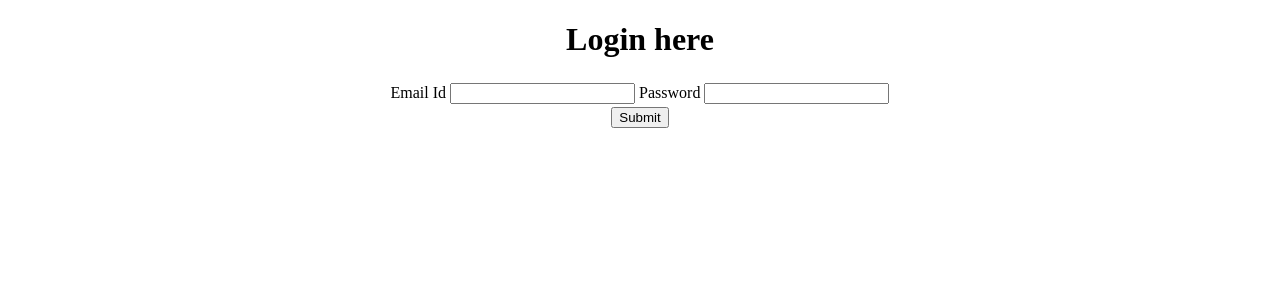
Repository: pawankas/Java_Mini_Project
Page: http://localhost/AirReservation/Login
The author's editor kept a copy of each file at every save. The page is drawn from the files as they stood at one save, then again after the next save.
The browser window is 1280 px wide. The pictures show the whole page.
The page is served by Tomcat 9.

Above is the page before, as saved 2022-03-14 03:16:16.

After the next save:
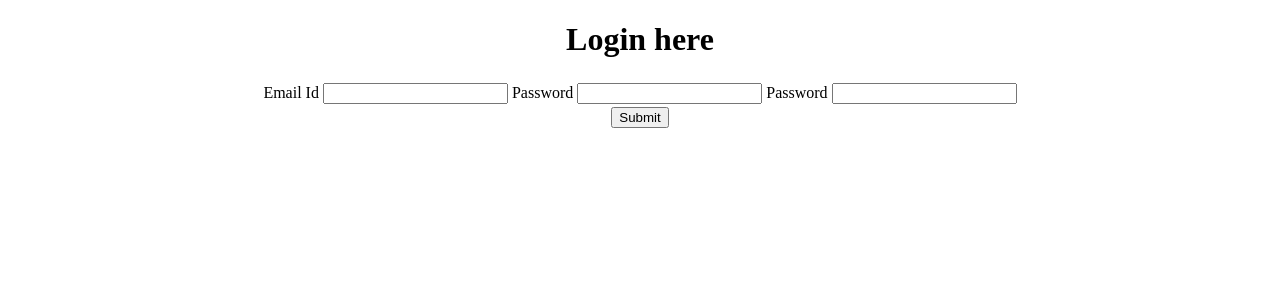
Saved 13 s later.
--- a/final/AirReservation/WebContent/loginuser.jsp
+++ b/final/AirReservation/WebContent/loginuser.jsp
@@ -14,9 +14,10 @@
 				<tr>
 					<td>Email Id</td>
 					<td><input type="text" name="emailid" /></td>
-
-				<td>Password</td>
-				<td><input type="Password" name="password" /></td>
+					<td>Password</td>
+					<td><input type="Password" name="password" /></td>
+					<td>Password</td>
+					<td><input type="Password" name="password" /></td>
 				</tr>
 			</table>
 			<input type="submit" value="Submit" />
